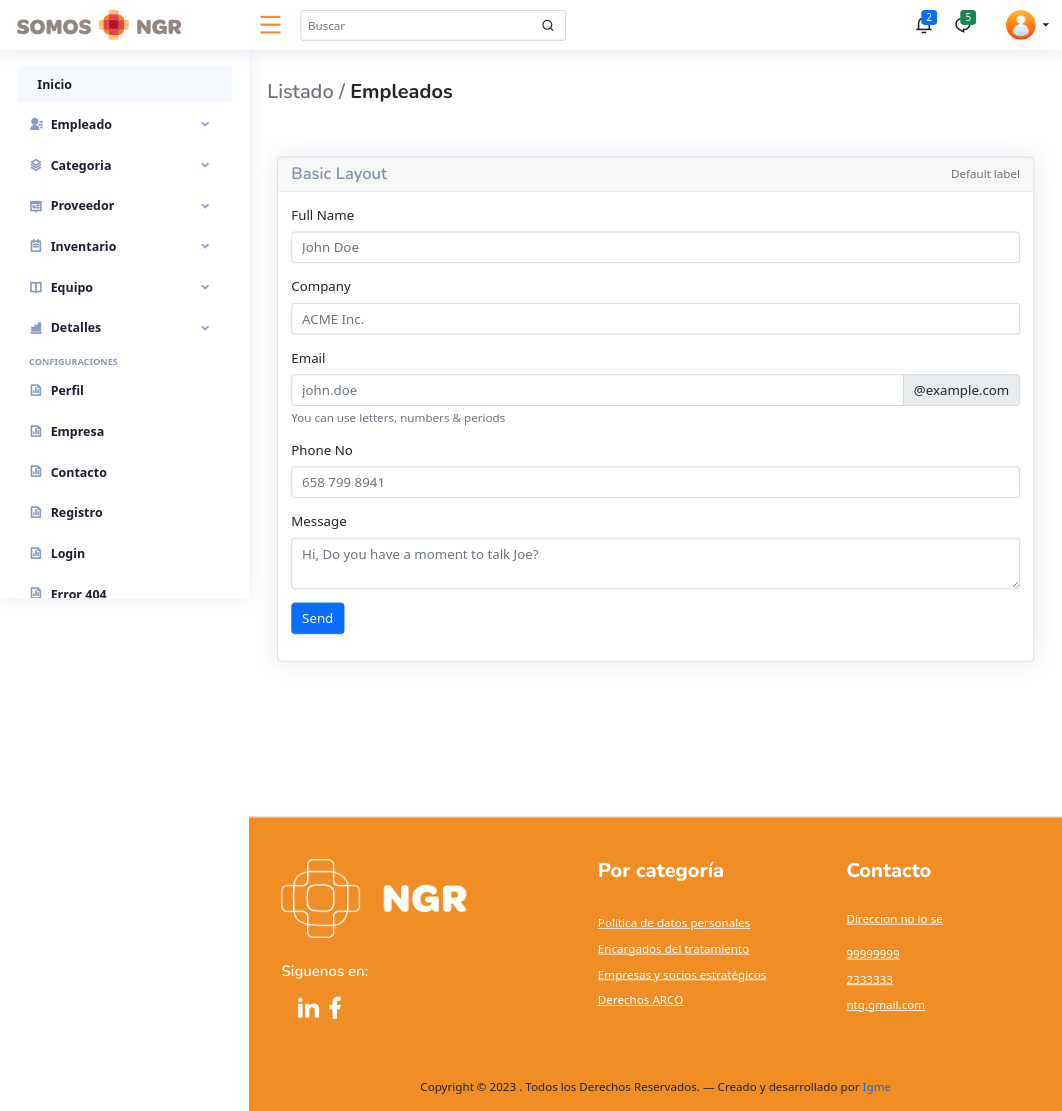
Repository: igmeMarcial/ProyectoLP-2023
Page: http://localhost/proyectoLP_2023/RegistrarEmpleado.jsp
The author's editor kept a copy of each file at every save. The page is drawn from the files as they stood at one save, then again after the next save.
The browser window is 1280 px wide. The pictures show the whole page, at 83% of full size.
Some web fonts or font styles are not loaded; a fallback is used. The page is served by Tomcat 9. The template is opened directly, without the code that normally fills it, so the values that code supplies are empty.

Above is the page before, as saved 2023-03-23 02:52:19.

After the next save:
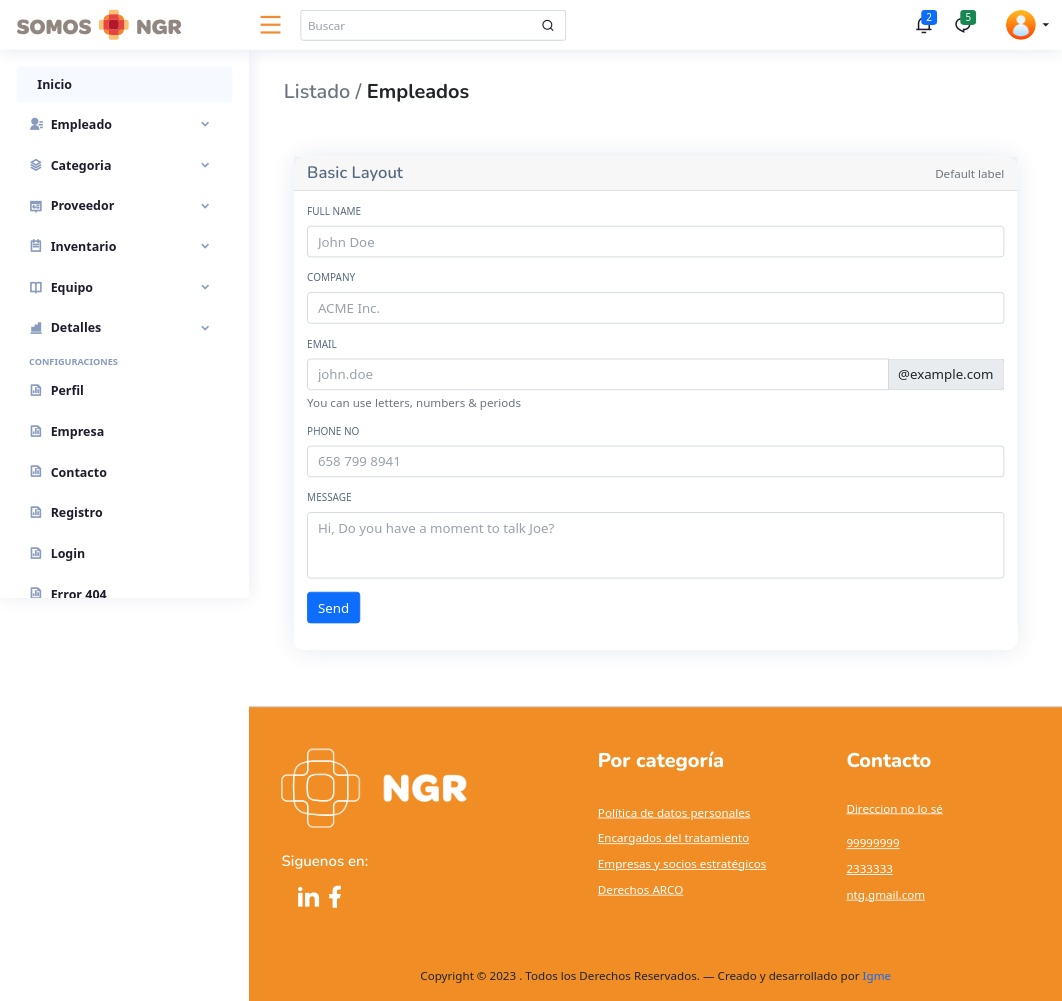
Saved 9 min 51 s later.
--- a/proyectoLP_2023/WebContent/RegistrarEmpleado.jsp
+++ b/proyectoLP_2023/WebContent/RegistrarEmpleado.jsp
@@ -9,7 +9,7 @@
 		<meta charset="UTF-8" />
 		<meta http-equiv="X-UA-Compatible" content="IE=edge" />
 		<meta name="viewport" content="width=device-width, initial-scale=1.0" />
-		<link rel="stylesheet" type="text/css" href="./css/listadoEmpleados.css" />
+		<link rel="stylesheet" type="text/css" href="./css/nuevoEmpleado.css" />
 		<link rel="preconnect" href="https://fonts.googleapis.com" />
 		<link rel="preconnect" href="https://fonts.gstatic.com" crossorigin />
 		<link href="https://fonts.googleapis.com/css2?family=Playball&display=swap" rel="stylesheet" />
